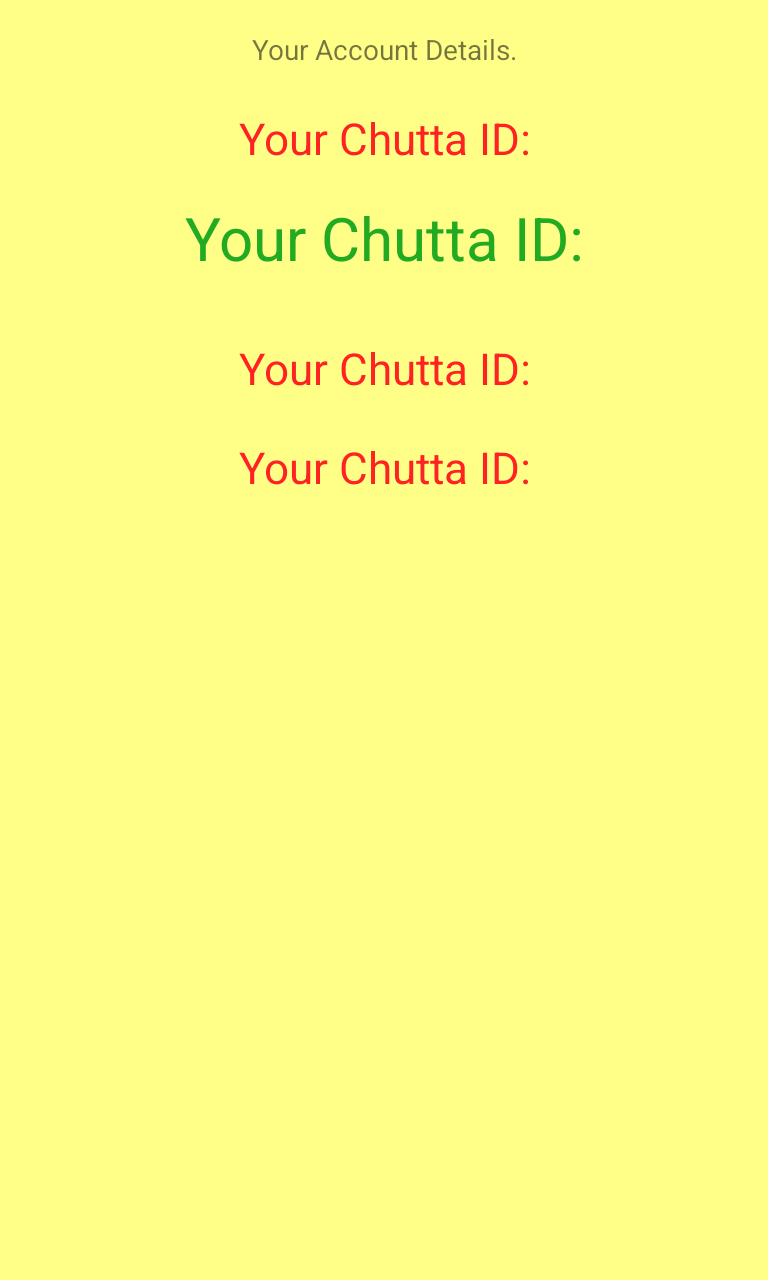
Repository: pankajksharma/chutta-pay
Layout: ChuttaPay/res/layout/activity_account.xml
The author's editor kept a copy of each file at every save. The layout is drawn from the files as they stood at one save, then again after the next save.
It is drawn on a 768 x 1280 px phone screen (xhdpi) without system bars, with theme AppTheme; the app's code is not run.

Above is the layout before, as saved 2014-04-26 16:27:12.

### ChuttaPay/res/layout/activity_account.xml
<?xml version="1.0" encoding="utf-8"?>
<RelativeLayout xmlns:android="http://schemas.android.com/apk/res/android"
    android:layout_width="match_parent"
    android:layout_height="match_parent"
    android:background="#ffff88"
    android:paddingLeft="15dp"
    android:paddingRight="15dp" >

    <LinearLayout
        android:id="@+id/ll"
        android:layout_width="match_parent"
        android:layout_height="wrap_content"
        android:layout_centerHorizontal="true"
        android:layout_marginTop="15dp"
        android:orientation="vertical" >

        <TextView
            android:layout_width="match_parent"
            android:layout_height="wrap_content"
            android:gravity="center_horizontal"
            android:layout_marginBottom="20dp"
            android:text="Your Account Details." />

        <TextView
            android:layout_width="match_parent"
            android:layout_height="wrap_content"
            android:gravity="center_horizontal"
            android:layout_marginBottom="15dp"
            android:textColor="#ff2222"
            android:textSize="22dp"
            android:text="Your Chutta ID:" />

        <TextView
            android:layout_width="match_parent"
            android:layout_height="wrap_content"
            android:gravity="center_horizontal"
            android:layout_marginBottom="30dp"
            android:textColor="#22aa22"
            android:textSize="30dp"
            android:text="Your Chutta ID:" />

        <TextView
            android:layout_width="match_parent"
            android:layout_height="wrap_content"
            android:gravity="center_horizontal"
            android:layout_marginBottom="20dp"
            android:textColor="#ff2222"
            android:textSize="22dp"
            android:text="Your Chutta ID:" />

        <TextView
            android:layout_width="match_parent"
            android:layout_height="wrap_content"
            android:gravity="center_horizontal"
            android:layout_marginBottom="20dp"
            android:textColor="#ff2222"
            android:textSize="22dp"
            android:text="Your Chutta ID:" />

    </LinearLayout>

</RelativeLayout>

Loaded but not shown: ChuttaPay/res/values/styles.xml (common file); ChuttaPay/res/values-v11/styles.xml (common file); ChuttaPay/res/values-v14/styles.xml (common file)

After the next save:
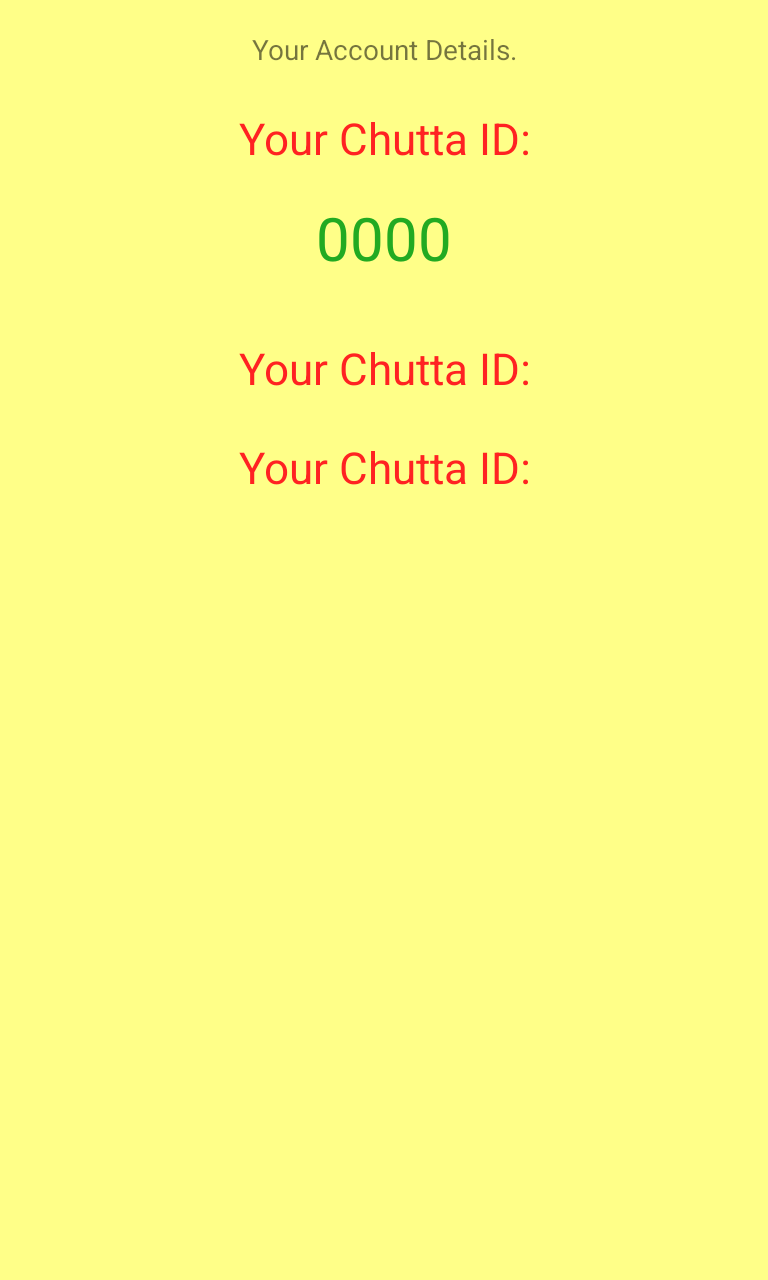
Saved 11 s later.
--- a/ChuttaPay/res/layout/activity_account.xml
+++ b/ChuttaPay/res/layout/activity_account.xml
@@ -37,7 +37,7 @@
             android:layout_marginBottom="30dp"
             android:textColor="#22aa22"
             android:textSize="30dp"
-            android:text="Your Chutta ID:" />
+            android:text="0000" />
 
         <TextView
             android:layout_width="match_parent"
